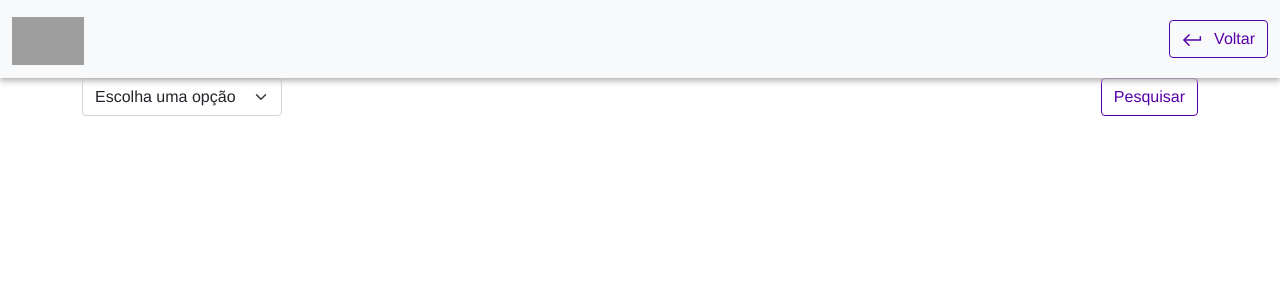
Repository: LuismGil/Countries-list
Page: /about
The author's editor kept a copy of each file at every save. The page is drawn from the files as they stood at one save, then again after the next save.
The browser window is 1280 px wide. The pictures show the whole page.
Pictures or frames that could not be fetched are drawn as grey boxes. The page's requests for data from a server got no answer. The project was rebuilt for these pictures with package versions that can differ from the ones it lists, and the page was loaded fresh each time. No one was signed in, and anything a server would have sent is missing.

Above is the page before, as saved 2021-05-22 22:09:09.

After the next save:
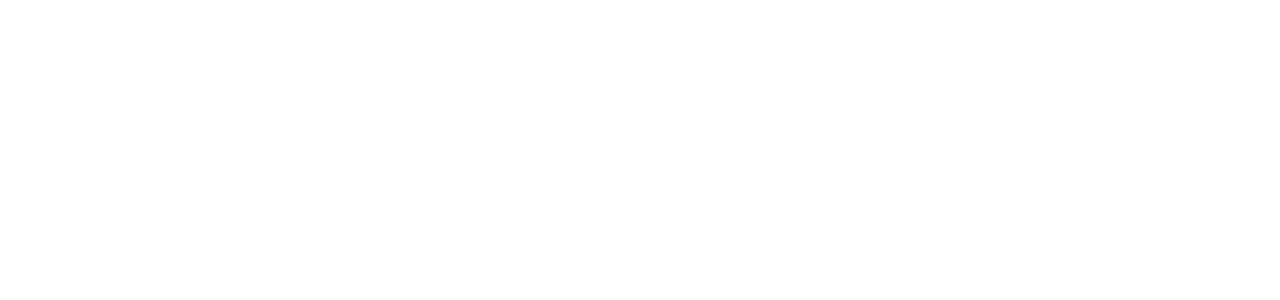
Console error: ReferenceError: getFlags is not defined
Saved 11 s later.
--- a/src/api.js
+++ b/src/api.js
@@ -1,6 +1,6 @@
 const url = 'https://restcountries.eu/#api-endpoints-code';
 
-function getFlags() {
+function getContries() {
   return fetch(`${url}/all`)
     .then((res) => res.json())
     .then((res) => res.data);

After the 2 saves that followed:
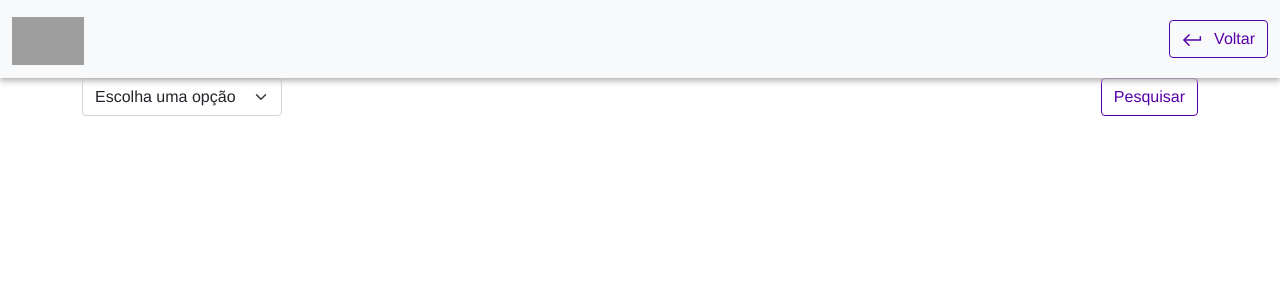
The error is gone.
The 2 saves are shown as one change because 1 left the picture as it was.
The last was saved 19 s later.
--- a/src/api.js
+++ b/src/api.js
@@ -1,11 +1,11 @@
 const url = 'https://restcountries.eu/#api-endpoints-code';
 
-function getContries() {
+function getCountries() {
   return fetch(`${url}/all`)
     .then((res) => res.json())
     .then((res) => res.data);
 }
 
 export default {
-  getFlags,
+  getCountries,
 };
